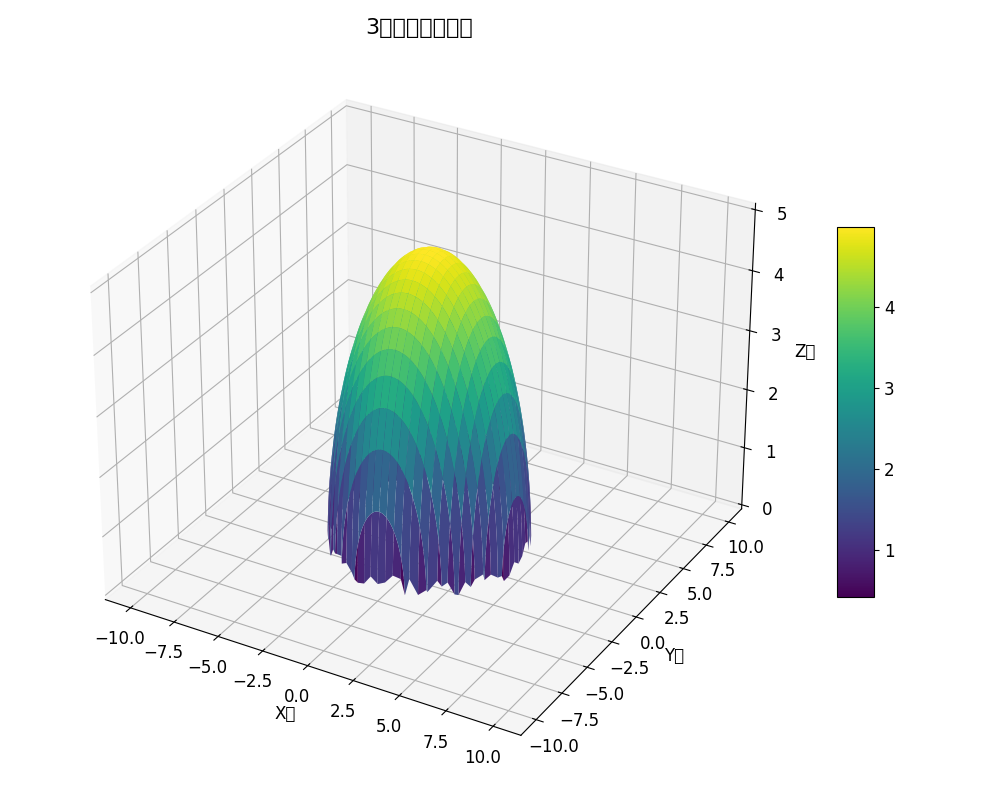
Repository: gouyamada/draw_surface
Script's output: python src/draw_surface.py
An editor plug-in stored every save of this project. The script's output is shown before and after the next save, followed by the edit.
Random numbers start from a fixed seed.

Above is the script's output before, as saved 2025-07-28 15:53:01.

### src/draw_surface.py
# pylint: disable=invalid-name
"""
3次元曲面を描画するスクリプト
"""
from typing import cast
import numpy as np
import matplotlib.pyplot as plt
from mpl_toolkits.mplot3d import Axes3D  # type: ignore


plt.rcParams["font.family"] = "Meiryo"
plt.rcParams["font.size"] = 12


def surface_setting(x, y):
    """
    描画する曲面の関数を定義する関数
    """
    r = 5
    mask = x**2 + y**2 <= r**2
    z = np.full_like(x, np.nan)
    z[mask] = np.sqrt(r**2 - x[mask]**2 - y[mask]**2)
    return z


def draw_surface():
    """
    3次元曲面を描画する関数
    """
    fig = plt.figure(figsize=(10, 8))
    ax = cast(Axes3D, fig.add_subplot(111, projection="3d"))

    # x, y の範囲を設定する
    x = np.linspace(-10, 10, 1000)
    y = np.linspace(-10, 10, 1000)
    X, Y = np.meshgrid(x, y)
    Z = surface_setting(X, Y)

    # 曲面を描画する
    surf = ax.plot_surface(X, Y, Z, cmap="viridis", edgecolor="none")
    ax.set_title("3次元曲面の描画", fontsize=16)
    ax.set_xlabel("X軸")
    ax.set_ylabel("Y軸")
    ax.set_zlabel("Z軸")

    # 曲面の色を設定する
    fig.colorbar(surf, shrink=0.5, aspect=10)
    plt.tight_layout()
    plt.show()


def main():
    """
    メイン関数
    """
    draw_surface()


if __name__ == "__main__":
    main()

After the next save:
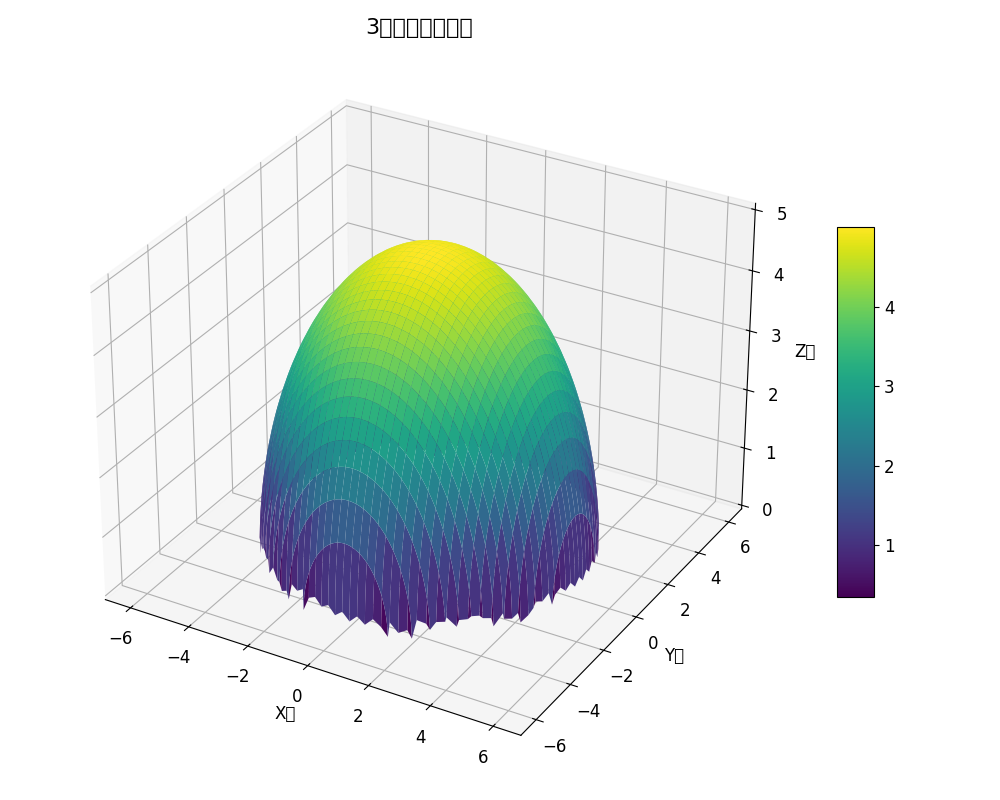
Saved 65 min 21 s later.
--- a/src/draw_surface.py
+++ b/src/draw_surface.py
@@ -31,8 +31,8 @@ def draw_surface():
     ax = cast(Axes3D, fig.add_subplot(111, projection="3d"))
 
     # x, y の範囲を設定する
-    x = np.linspace(-10, 10, 1000)
-    y = np.linspace(-10, 10, 1000)
+    x = np.linspace(-6, 6, 500)
+    y = np.linspace(-6, 6, 500)
     X, Y = np.meshgrid(x, y)
     Z = surface_setting(X, Y)
 
